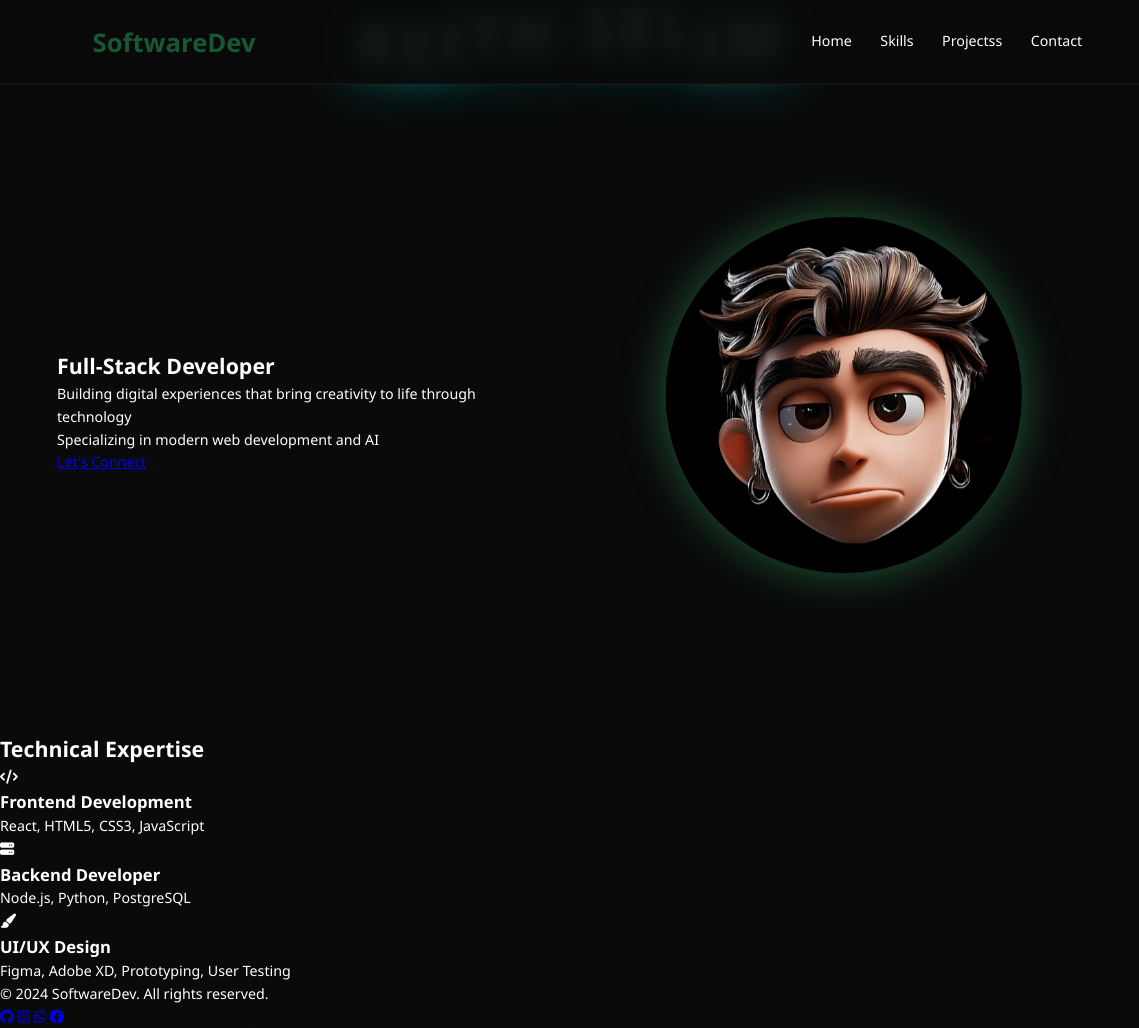
Repository: PEEZYBEE/my-personal-website
Page: index.html
These files come from the project's save history. The page is drawn as it stood at one moment and after a run of saves; the edit follows.
The browser window is 1280 px wide. The pictures show the whole page, at 89% of full size.

Above is the page before, as saved 2025-03-01 21:09:29.

After the next 2 saves:
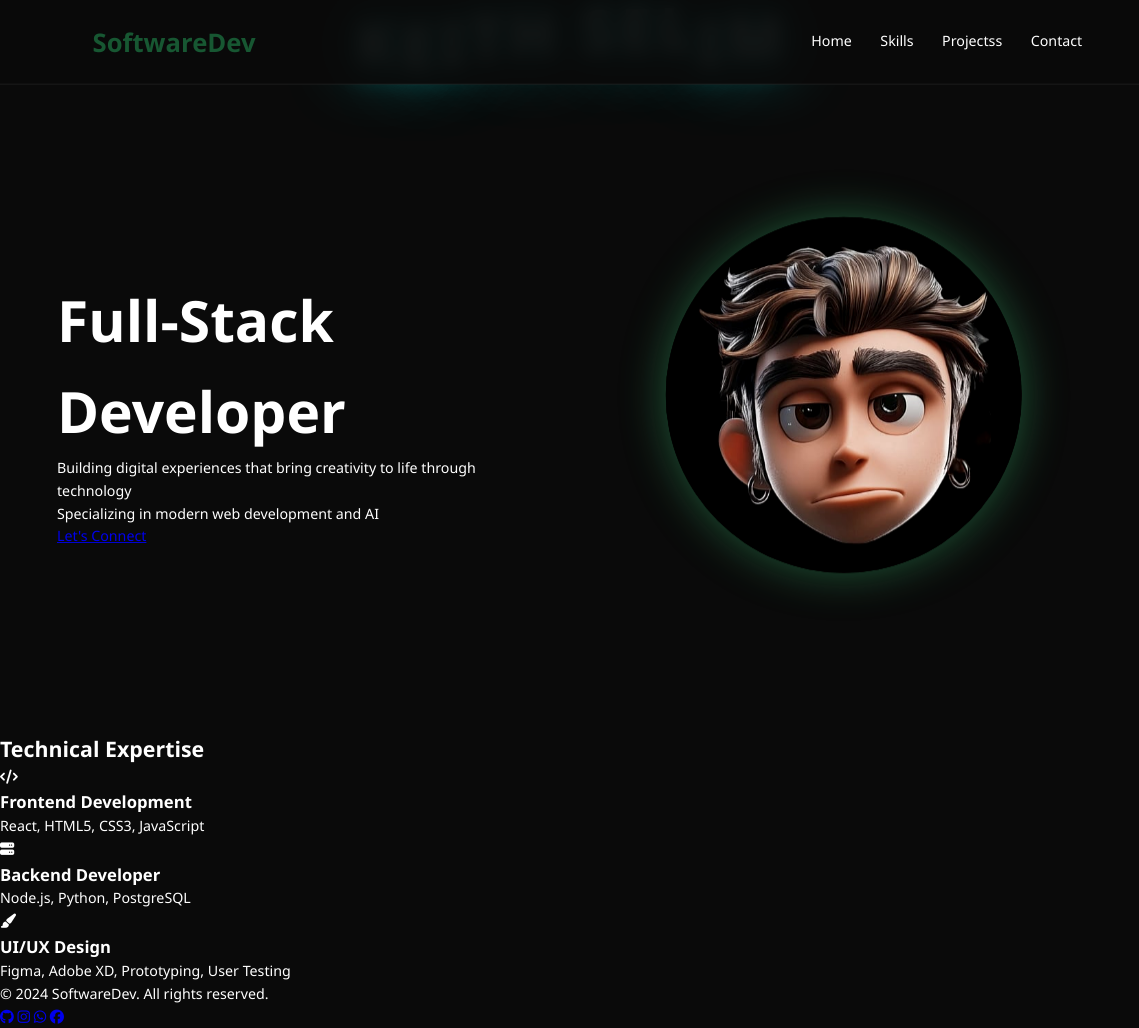
The 2 saves are shown as one change because they came seconds apart.
The last was saved 7 s later.
--- a/style.css
+++ b/style.css
@@ -160,5 +160,6 @@ body{
 }
 
 .hero h1 {
-    font-size: ;
+    font-size: 4rem;
+
 }
